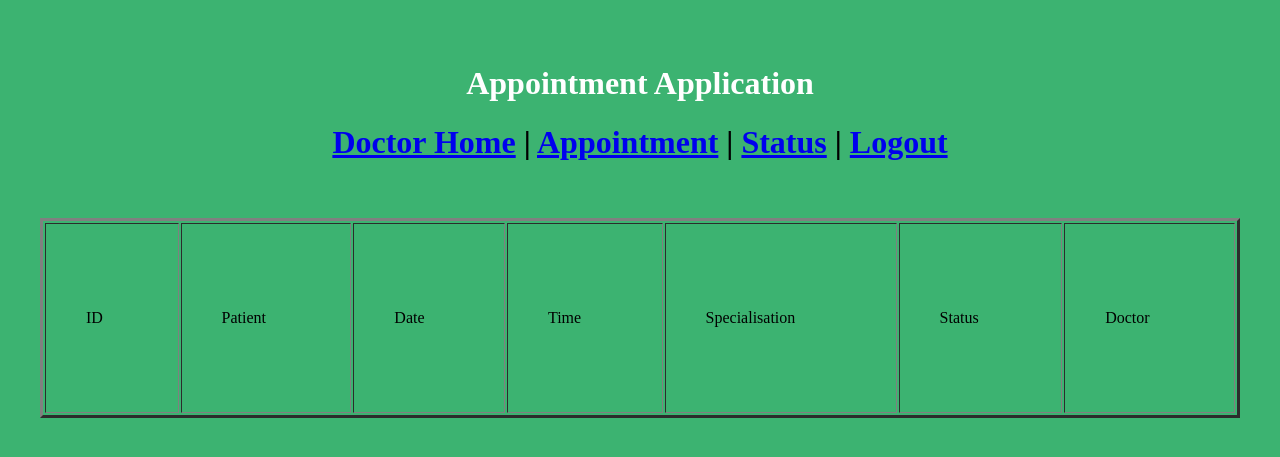
Repository: lsamirl/Exemples
Page: http://localhost/Doctor/appointment.jsp
An editor plug-in stored every save of this project. The page is shown before and after the next save, followed by the edit.
The browser window is 1280 px wide. The pictures show the whole page.
The page is served by Tomcat 9. Queries for data that is not in the repository find no rows.

Above is the page before, as saved 2021-07-04 23:06:05.

After the next save:
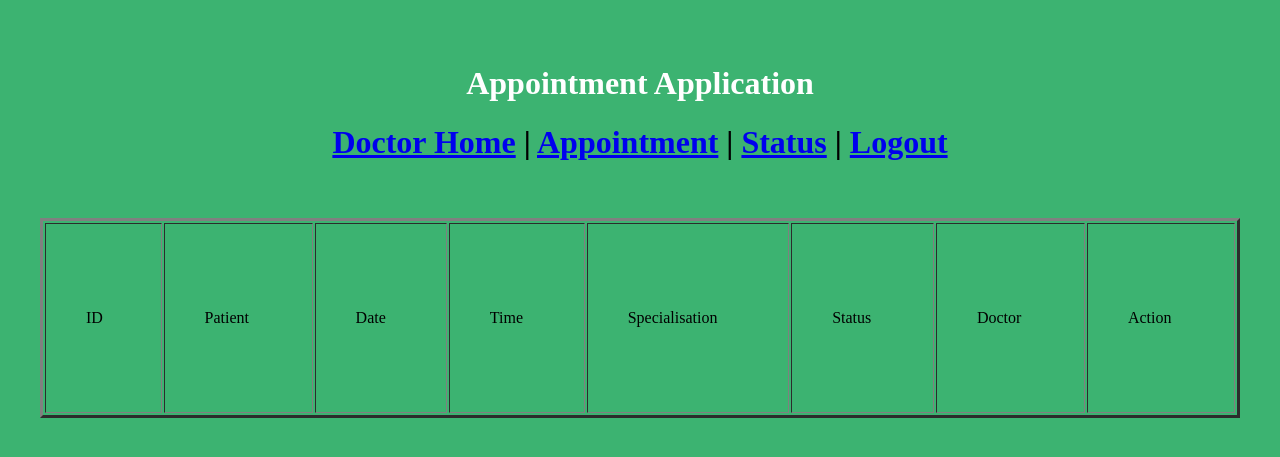
Saved 79 s later.
--- a/Doctor/WebContent/appointment.jsp
+++ b/Doctor/WebContent/appointment.jsp
@@ -15,7 +15,7 @@
 <%@include file= "connection.jsp" %>
 
 <table border="3" width ="1200" height="200" cellpadding="40" align ="center">
-<tr><td> ID</td><td> Patient </td><td>Date</td><td>Time</td><td>Specialisation</td><td>Status</td><td>Doctor</td></tr>
+<tr><td> ID</td><td> Patient </td><td>Date</td><td>Time</td><td>Specialisation</td><td>Status</td><td>Doctor</td><td>Action</td></tr>
 
 <%
  ps = con.prepareStatement("select*from appointment");
